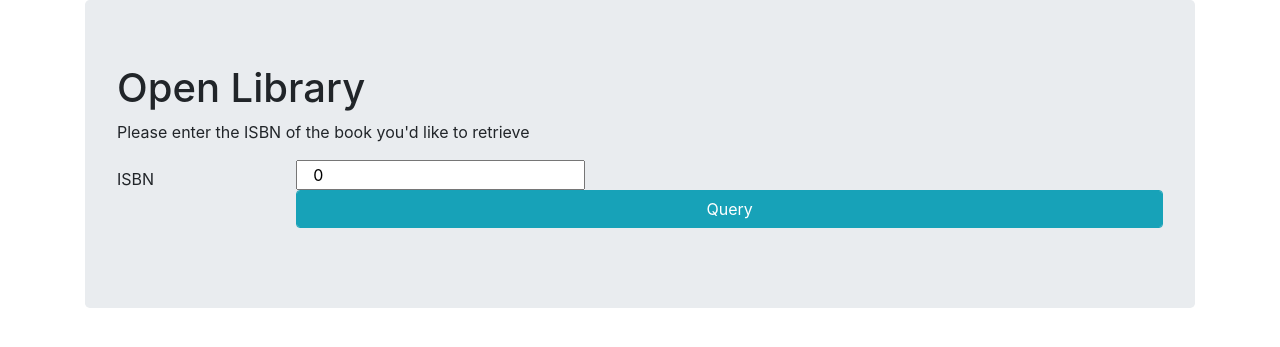
Repository: Voraphi/Jesus_Caballero-CST336-MIDTERM
Page: exams/midterm/index.html
The author's editor kept a record of every edit. The page is drawn from the files as they stood at one moment, then again after the next edit.
The browser window is 1280 px wide. The pictures show the whole page.

Above is the page before.

### exams/midterm/index.html
<!DOCTYPE html>
<html>
    <head>
        <title>Library Query</title>
        <link rel="stylesheet" href="css/styles.css" type="text/css" />
        <link href="https://stackpath.bootstrapcdn.com/bootstrap/4.4.1/css/bootstrap.min.css" rel="stylesheet" integrity="sha384-Vkoo8x4CGsO3+Hhxv8T/Q5PaXtkKtu6ug5TOeNV6gBiFeWPGFN9MuhOf23Q9Ifjh" crossorigin="anonymous">
        <script src="https://code.jquery.com/jquery-3.4.1.min.js" integrity="sha256-CSXorXvZcTkaix6Yvo6HppcZGetbYMGWSFlBw8HfCJo=" crossorigin="anonymous"></script>

    </head>
    <body class="container">
        <div class="query jumbotron">
            <h1>Open Library</h1>

            <p>Please enter the ISBN of the book you'd like to retrieve</p>

            <form>
                 <div class="form-group row">
                    <label for="book-isbn" class="col-md-2 col-form-label">ISBN</label>
                    <div class="col-md-10">
                        <span><input type="text" name="isbn" id="isbn" class="col-md-4" value="0"/></span>
                        <!--<div class="col-md-6"-->
                        <span><button type="button" class="btn btn-info md-6 form-control" id="isbn-query">Query</button></span>
                    </div>
                </div>
            </form>

        </div>

        <div id="book">
            <div class="form-group row book-info">
            </div>
        </div>

        <script type="text/javascript" src="js/functions.js"></script>
    </body>
</html>

### exams/midterm/css/styles.css
.cover {
    border: 5px solid black;
    border-radius: 10px;
}

.info {
    margin: 50px;
    font-size: 25px;
}

### exams/midterm/js/functions.js
$("#isbn-query").on("click", function() {

    var bookISBN = $("#isbn").val();

    $.ajax({
        method: "GET",
        url: "https://openlibrary.org/api/books?",
        // dataType: "json",
        data: { "bibkeys" : "ISBN:" + bookISBN,
                "format" : "json",
                "jscmd" : "data" },
        success: function(result, status) {
            console.log(result);
            $(".book-info").html('<img class="col-sm-3 cover" src="' + result["ISBN:" + bookISBN].cover.medium + '">'
                                 + '<div class="col-sm-4 info">' + '</div>');
            $(".info").html('<div> Title : ' + result["ISBN:" + bookISBN].title
                            + '</div>' + '<div> Author: ' + result["ISBN:" + bookISBN].authors[0].name + '</div>'
                            + '<div> Publish: ' + result["ISBN:" + bookISBN].publish_date + '</div>'
                            + '<div> Publisher: ' + result["ISBN:" + bookISBN].publishers[0].name + '</div>'
                            + '<div> ISBN: ' + bookISBN + '</div>'
                            + '<div> Pages: ' + result["ISBN:" + bookISBN].number_of_pages + '</div>');

        }
    });
});

After the next edit:
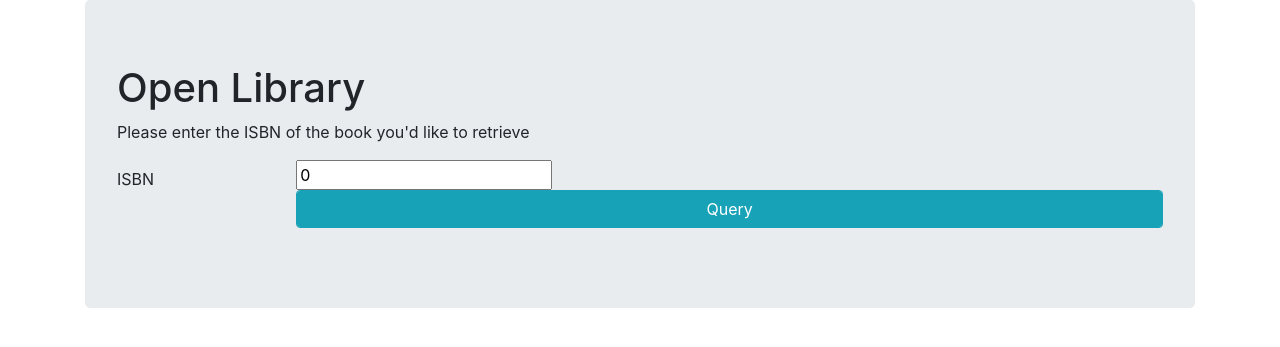
The edit:
--- a/exams/midterm/index.html
+++ b/exams/midterm/index.html
@@ -17,7 +17,7 @@
                  <div class="form-group row">
                     <label for="book-isbn" class="col-md-2 col-form-label">ISBN</label>
                     <div class="col-md-10">
-                        <span><input type="text" name="isbn" id="isbn" class="col-md-4" value="0"/></span>
+                        <span><input type="text" name="isbn" id="isbn" class="md-4" value="0"/></span>
                         <!--<div class="col-md-6"-->
                         <span><button type="button" class="btn btn-info md-6 form-control" id="isbn-query">Query</button></span>
                     </div>
